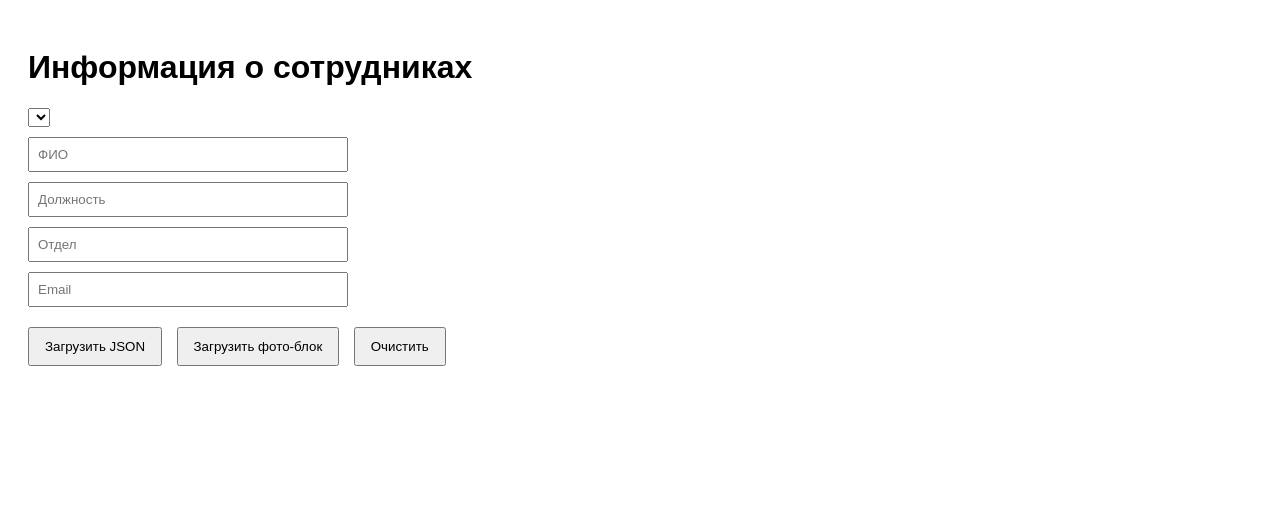
Repository: MaksimKrupkin/lab6
Page: public/index.html
These files come from the project's save history. The page is drawn as it stood at one moment and after the next save; the edit follows.
The browser window is 1280 px wide. The pictures show the whole page.
The page's requests for data from a server got no answer.

Above is the page before, as saved 2025-04-29 18:45:17.

### public/index.html
<!DOCTYPE html>
<html lang="ru">
  <head>
    <meta charset="UTF-8" />
    <title>Сотрудники</title>
    <link rel="stylesheet" href="styles.css" />
  </head>
  <body>
    <h1>Информация о сотрудниках</h1>
    <select id="employeeSelect"></select>

    <div id="form">
      <input id="name" placeholder="ФИО" />
      <input id="position" placeholder="Должность" />
      <input id="department" placeholder="Отдел" />
      <input id="email" placeholder="Email" />
    </div>

    <div id="photoInfo" class="hidden"></div>

    <div class="buttons">
      <button onclick="loadEmployeeData()">Загрузить JSON</button>
      <button onclick="loadPhotoBlock()">Загрузить фото-блок</button>
      <button onclick="clearAll()">Очистить</button>
    </div>

    <script>
      async function fetchEmployees() {
        const res = await fetch('/api/employees');
        const data = await res.json();
        const select = document.getElementById('employeeSelect');
        data.forEach((emp) => {
          const option = document.createElement('option');
          option.value = emp.id;
          option.textContent = emp.name;
          select.appendChild(option);
        });
      }

      async function loadEmployeeData() {
        const id = document.getElementById('employeeSelect').value;
        const res = await fetch(`/api/employees/${id}`);
        const data = await res.json();
        document.getElementById('name').value = data.name;
        document.getElementById('position').value = data.position;
        document.getElementById('department').value = data.department;
        document.getElementById('email').value = data.email;
      }

      async function loadPhotoBlock() {
        const res = await fetch('/api/photo-info');
        const text = await res.text();
        const div = document.getElementById('photoInfo');
        div.textContent = text;
        div.classList.remove('hidden');
      }

      function clearAll() {
        ['name', 'position', 'department', 'email'].forEach((id) => {
          document.getElementById(id).value = '';
        });
        document.getElementById('photoInfo').textContent = '';
        document.getElementById('photoInfo').classList.add('hidden');
      }

      fetchEmployees();
    </script>
  </body>
</html>

### public/styles.css
body {
  font-family: Arial, sans-serif;
  padding: 20px;
}

#form input {
  display: block;
  margin: 10px 0;
  width: 300px;
  padding: 8px;
}

.buttons {
  margin-top: 20px;
}

button {
  margin-right: 10px;
  padding: 10px 15px;
}

#photoInfo {
  margin-top: 20px;
  border: 1px solid #ccc;
  padding: 15px;
  background-color: #f8f8f8;
}

.hidden {
  display: none;
}

After the next save:
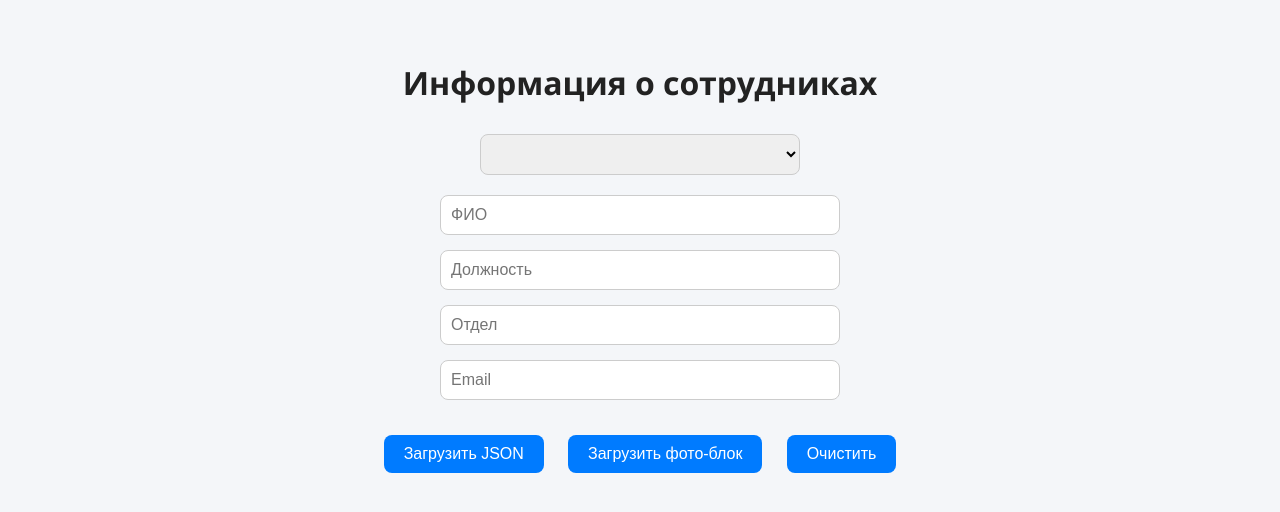
Saved 3 min 35 s later.
--- a/public/styles.css
+++ b/public/styles.css
@@ -1,29 +1,80 @@
 body {
-  font-family: Arial, sans-serif;
-  padding: 20px;
+  font-family: 'Segoe UI', Tahoma, Geneva, Verdana, sans-serif;
+  background-color: #f4f6f9;
+  margin: 0;
+  padding: 40px;
+  color: #333;
+}
+
+h1 {
+  text-align: center;
+  color: #222;
+  margin-bottom: 30px;
+}
+
+#employeeSelect {
+  display: block;
+  margin: 0 auto 20px auto;
+  padding: 10px;
+  width: 320px;
+  font-size: 16px;
+  border: 1px solid #ccc;
+  border-radius: 8px;
+}
+
+#form {
+  max-width: 400px;
+  margin: 0 auto;
+  display: flex;
+  flex-direction: column;
 }
 
 #form input {
-  display: block;
-  margin: 10px 0;
-  width: 300px;
-  padding: 8px;
+  padding: 10px;
+  margin-bottom: 15px;
+  border-radius: 8px;
+  border: 1px solid #ccc;
+  font-size: 16px;
+  transition: border 0.2s ease;
+}
+
+#form input:focus {
+  border-color: #007bff;
+  outline: none;
 }
 
 .buttons {
+  text-align: center;
   margin-top: 20px;
 }
 
 button {
-  margin-right: 10px;
-  padding: 10px 15px;
+  padding: 10px 20px;
+  margin: 0 10px 10px 10px;
+  border: none;
+  border-radius: 8px;
+  font-size: 16px;
+  cursor: pointer;
+  transition: background-color 0.2s ease;
+  color: white;
+  background-color: #007bff;
+}
+
+button:hover {
+  background-color: #0056b3;
 }
 
 #photoInfo {
-  margin-top: 20px;
+  max-width: 400px;
+  margin: 30px auto;
+  padding: 15px;
   border: 1px solid #ccc;
-  padding: 15px;
-  background-color: #f8f8f8;
+  background-color: #ffffff;
+  border-radius: 8px;
+  box-shadow: 0 2px 6px rgba(0, 0, 0, 0.1);
+  font-size: 15px;
+  line-height: 1.5;
+  white-space: pre-wrap;
 }
 
 .hidden {
